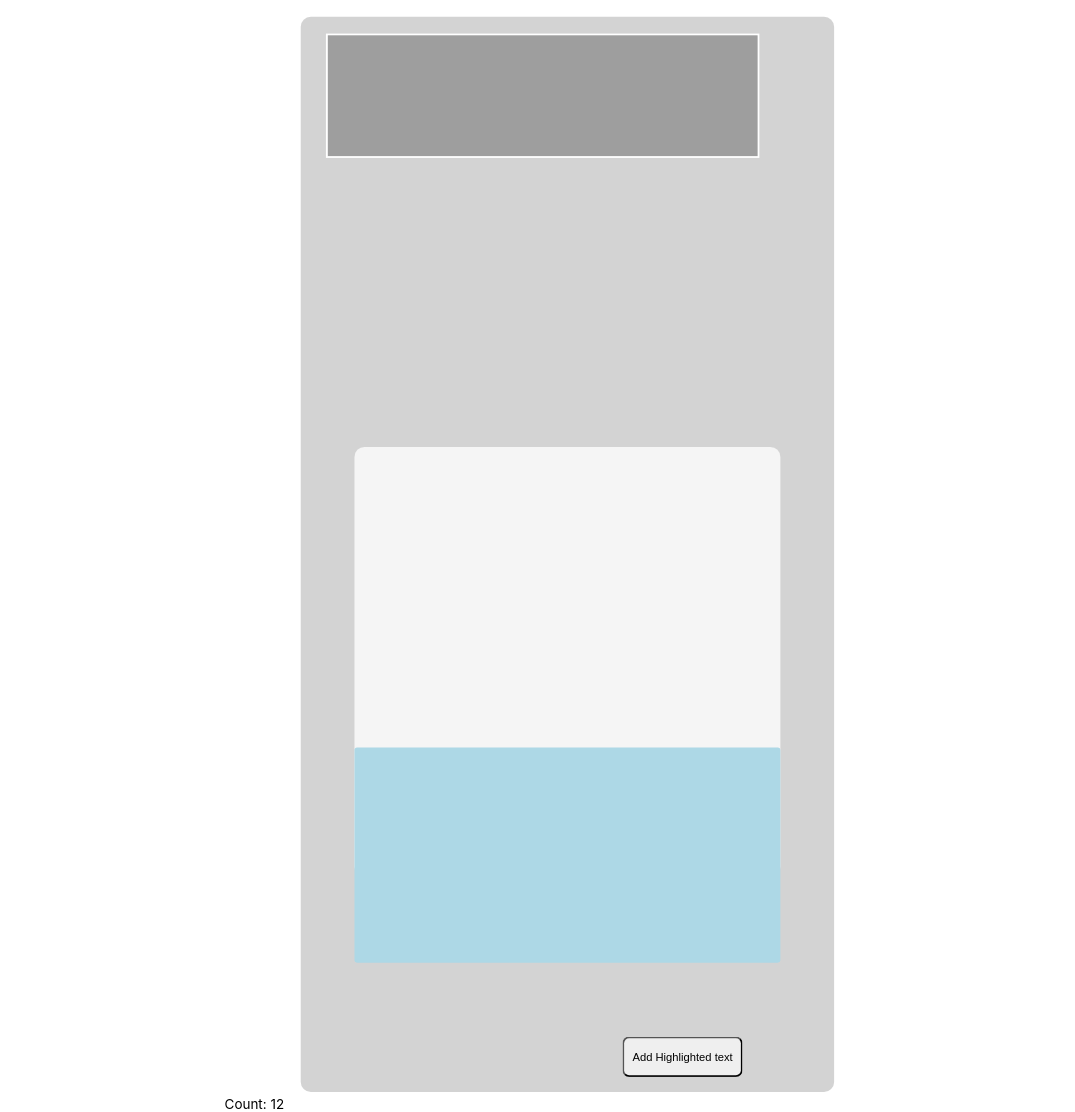
Repository: Farbod29/React-text-highlighter-with-hook-
Page: /
The author's editor kept a copy of each file at every save. The page is drawn from the files as they stood at one save, then again after the next save.
The browser window is 1280 px wide. The pictures show the whole page, at 84% of full size.
Pictures or frames that could not be fetched are drawn as grey boxes. The project was rebuilt for these pictures with package versions that can differ from the ones it lists, and the page was loaded fresh each time.

Above is the page before, as saved 2022-02-18 23:12:25.

After the next save:
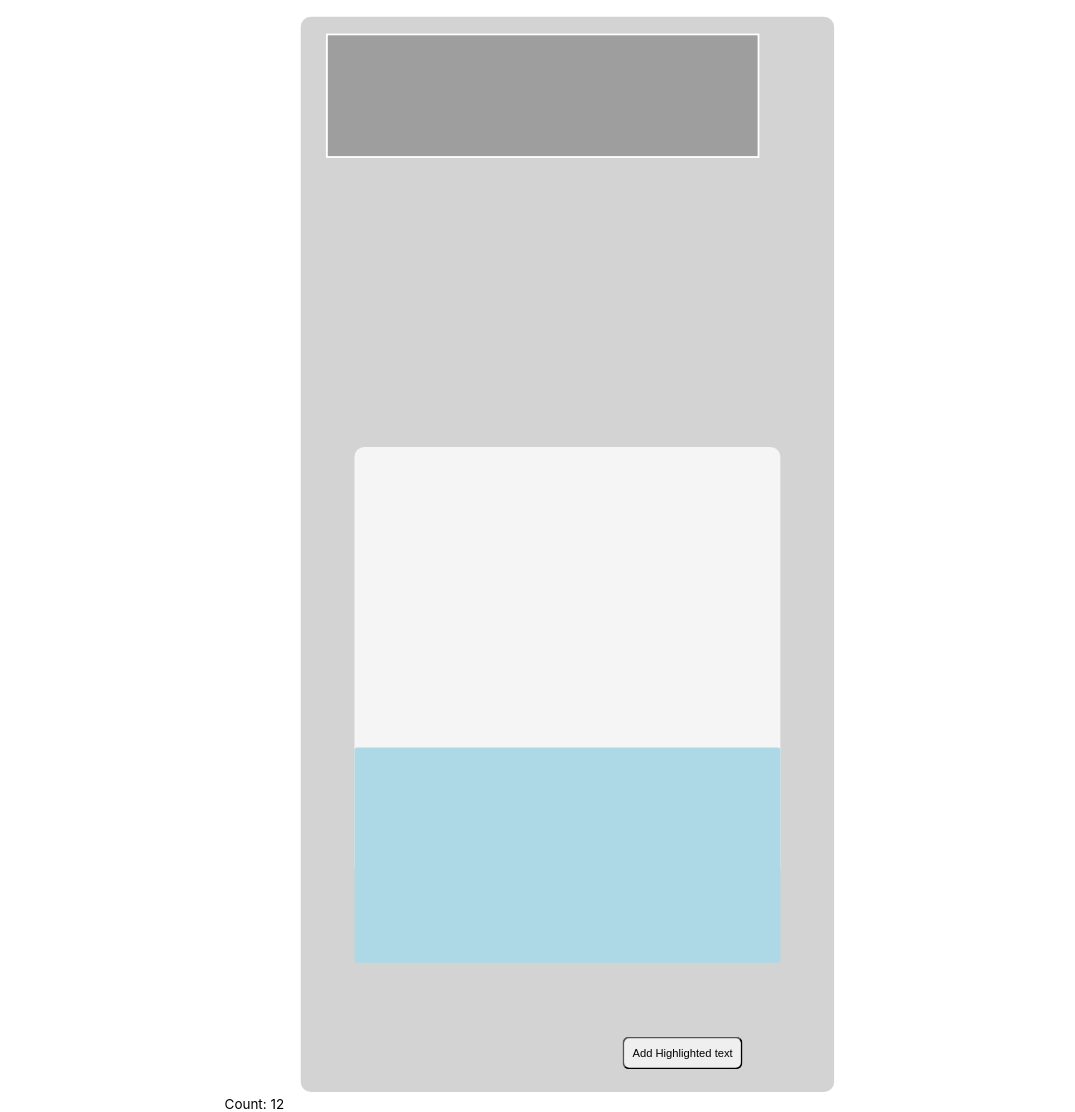
Saved 47 s later.
--- a/src/highlighter.js
+++ b/src/highlighter.js
@@ -76,7 +76,7 @@ export default function Highlighter() {
           }}
         >
           <button
-            style={{ padding: '10px', borderRadius: '8px', height: '48px' }}
+            style={{ padding: '10px', borderRadius: '8px' }}
             onClick={() => setCount(12)}
           >
             {' '}
